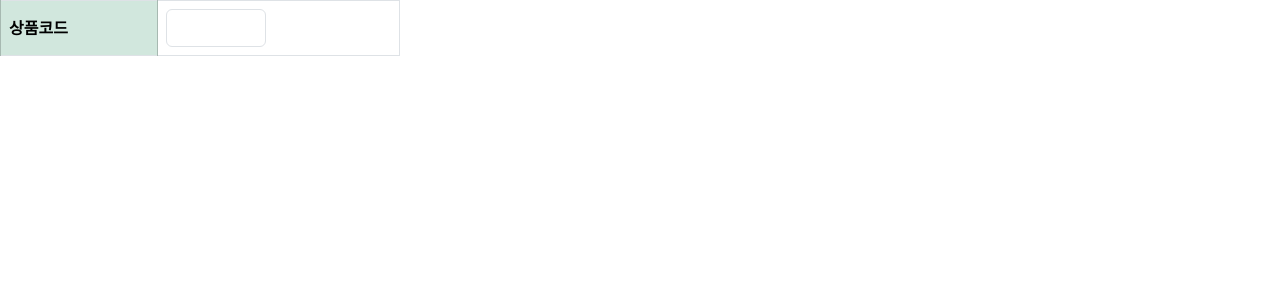
Repository: jini8293/Sist_04
Page: jspwork/jspProject/src/main/webapp/day0305/form_ex2.html
These files come from the project's save history. The page is drawn as it stood at one moment and after the next save; the edit follows.
The browser window is 1280 px wide. The pictures show the whole page.
Some web fonts or font styles are not loaded; a fallback is used.

Above is the page before, as saved 2024-03-05 07:23:23.

After the next save:
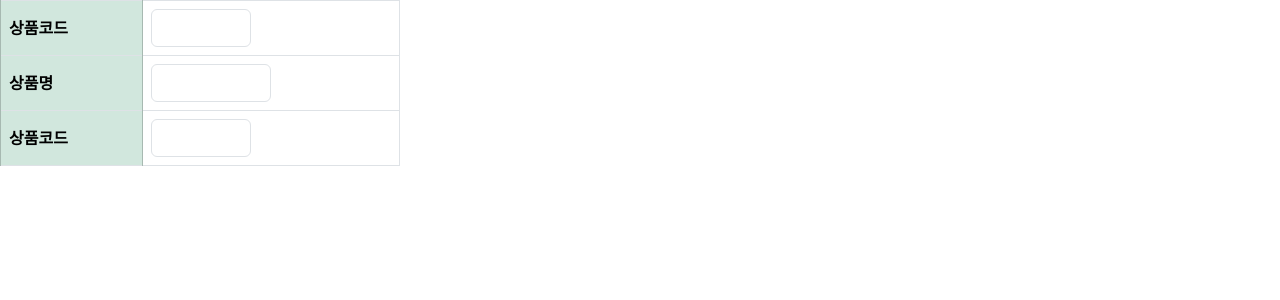
Saved 27 s later.
--- a/jspwork/jspProject/src/main/webapp/day0305/form_ex2.html
+++ b/jspwork/jspProject/src/main/webapp/day0305/form_ex2.html
@@ -20,6 +20,17 @@
 					class="form-control" style="width: 100px;"></td>
 			</tr>
 
+			<tr>
+				<th valign="middle" class="table-success">상품명</th>
+				<td><input type="text" name="sname" id=""sname""
+					class="form-control" style="width: 120px;"></td>
+			</tr>
+
+			<tr>
+				<th valign="middle" class="table-success">상품코드</th>
+				<td><input type="text" name="scode" id="scode"
+					class="form-control" style="width: 100px;"></td>
+			</tr>
 		</table>
 	</form>
 </body>
